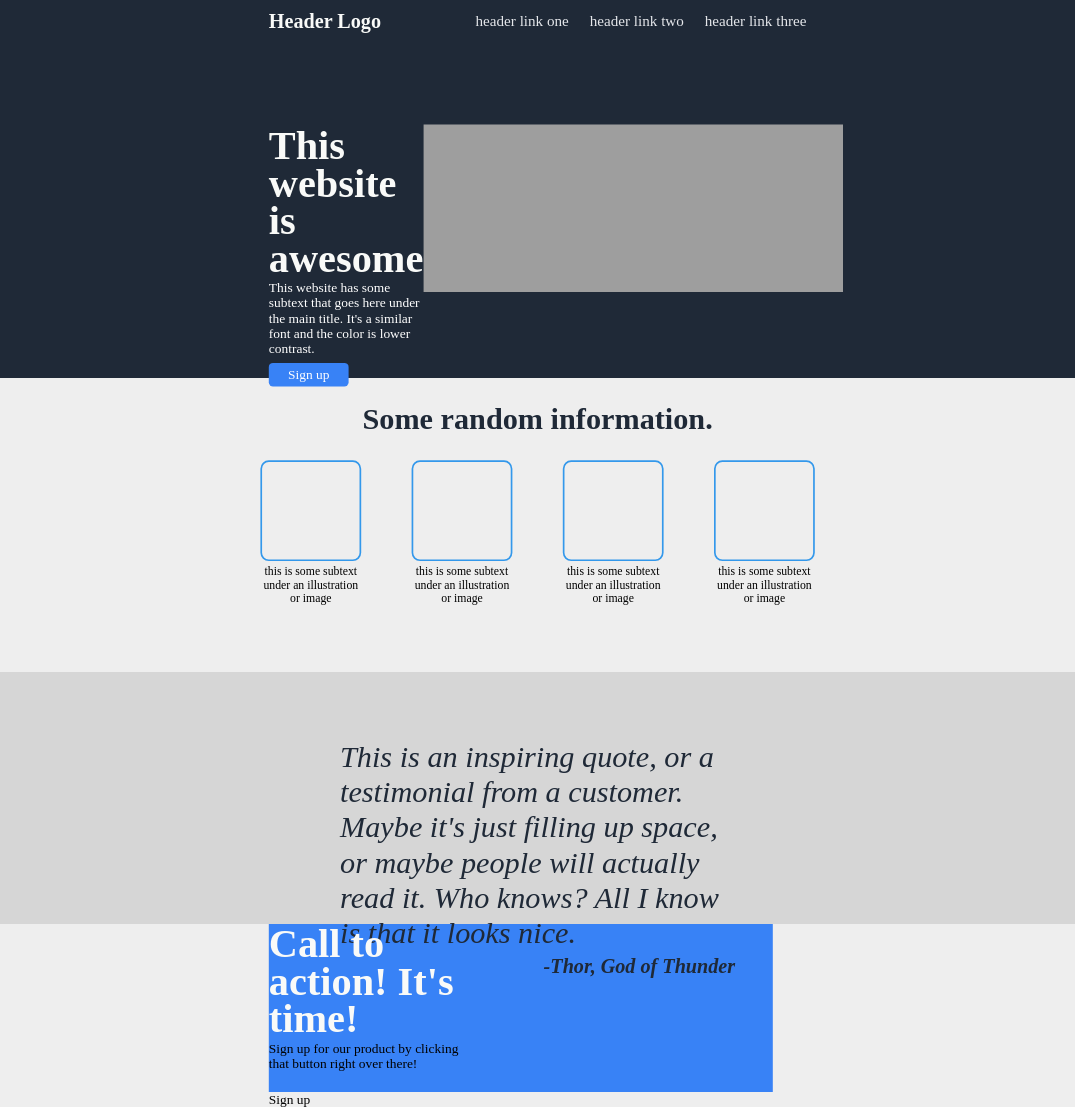
Repository: Pafestivo/Dummy-Landing-Page
Page: index.html
The author's editor kept a copy of each file at every save. The page is drawn from the files as they stood at one save, then again after the next save.
The browser window is 1280 px wide. The pictures show the whole page, at 84% of full size.
Pictures or frames that could not be fetched are drawn as grey boxes.

Above is the page before, as saved 2022-09-26 19:26:58.

After the next save:
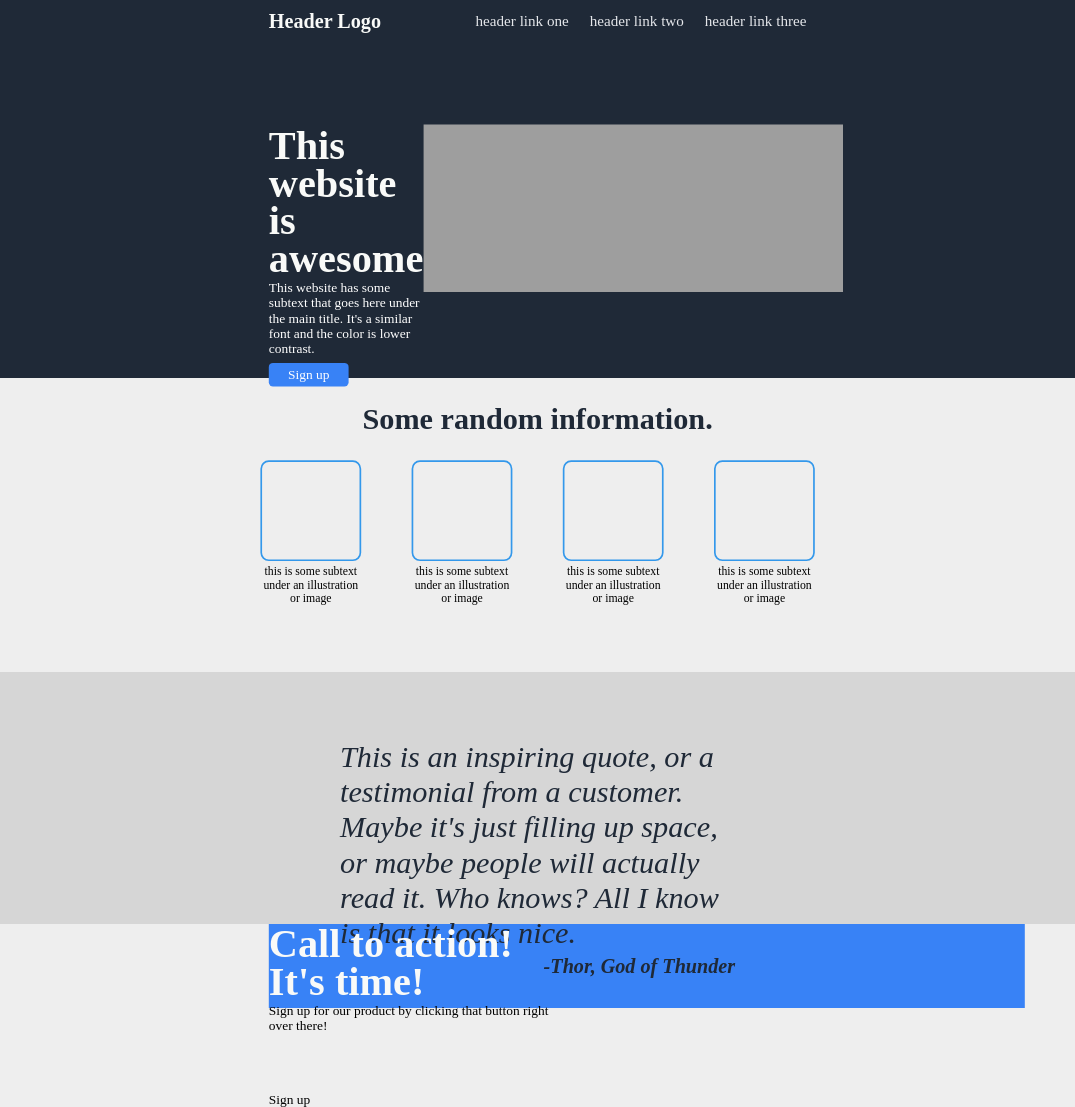
Saved 7 s later.
--- a/styles.css
+++ b/styles.css
@@ -164,8 +164,8 @@ right p {
 
 /* Fourth section */
 .coa {
-  width: 600px;
-  height: 200px;
+  width: 900px;
+  height: 100px;
   background-color: #3882F6;
 }
 /* End fourth section */
